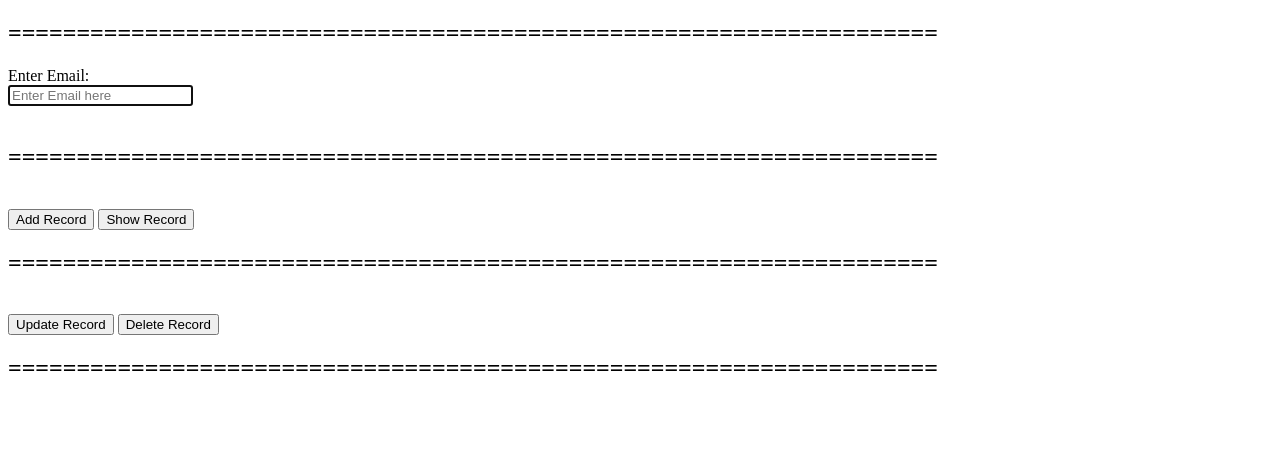
Repository: satvikagrasani/Spring-WorkSpace
Page: http://localhost/Project1/
The author's editor kept a copy of each file at every save. The page is drawn from the files as they stood at one save, then again after the next save.
The browser window is 1280 px wide. The pictures show the whole page.
The page is served by Tomcat 9. Other server files are loaded and not shown.

Above is the page before, as saved 2023-08-23 09:00:05.

### SpringMVC/Project/Project1/src/main/webapp/index.jsp
<%@ page language="java" contentType="text/html; charset=ISO-8859-1"
    pageEncoding="ISO-8859-1"%>
<!DOCTYPE html>
<html>
<head>
<meta charset="ISO-8859-1">
<title>Insert title here</title>
</head>
<body>

	<form>
	<h2>====================================================================</h2>
	Enter Email:<br><input type="email" name="email" placeholder="Enter Email here" autofocus/><br><br>
	<h2>====================================================================</h2><br>
	<input type="submit" value="Add Record" formaction="add"/>
	<input type="submit" value="Show Record" formaction="show"/><br>
	<h2>====================================================================</h2><br>
	<input type="submit" value="Update Record" formaction="update"/>
	<input type="submit" value="Delete Record" formaction="delete"/>
	<h2>====================================================================</h2><br>
	</form>

</body>
</html>

After the next save:
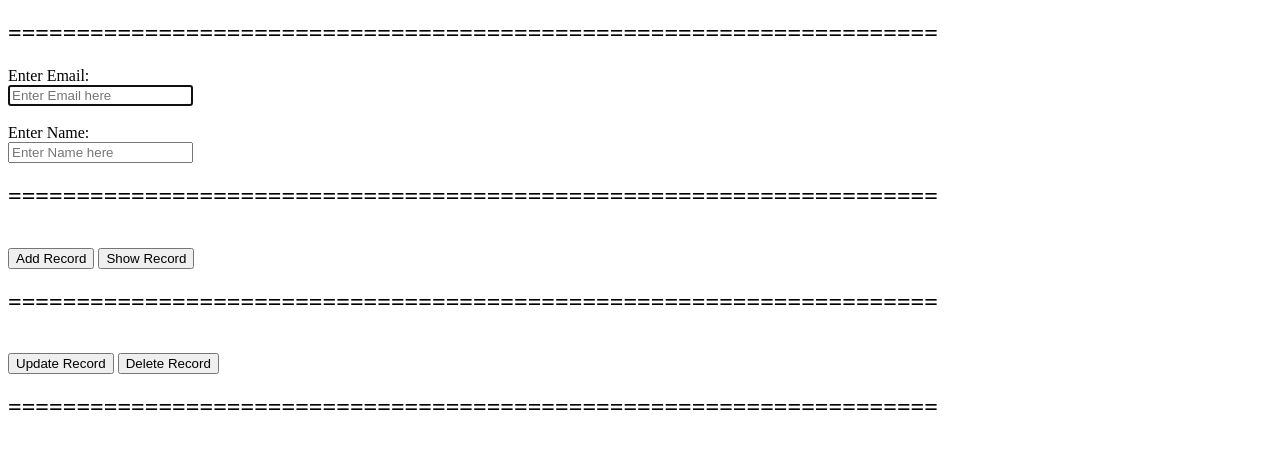
Saved 51 s later.
--- a/SpringMVC/Project/Project1/src/main/webapp/index.jsp
+++ b/SpringMVC/Project/Project1/src/main/webapp/index.jsp
@@ -11,6 +11,7 @@
 	<form>
 	<h2>====================================================================</h2>
 	Enter Email:<br><input type="email" name="email" placeholder="Enter Email here" autofocus/><br><br>
+	Enter Name:<br><input type="text" name="name" placeholder="Enter Name here"/><br>
 	<h2>====================================================================</h2><br>
 	<input type="submit" value="Add Record" formaction="add"/>
 	<input type="submit" value="Show Record" formaction="show"/><br>
